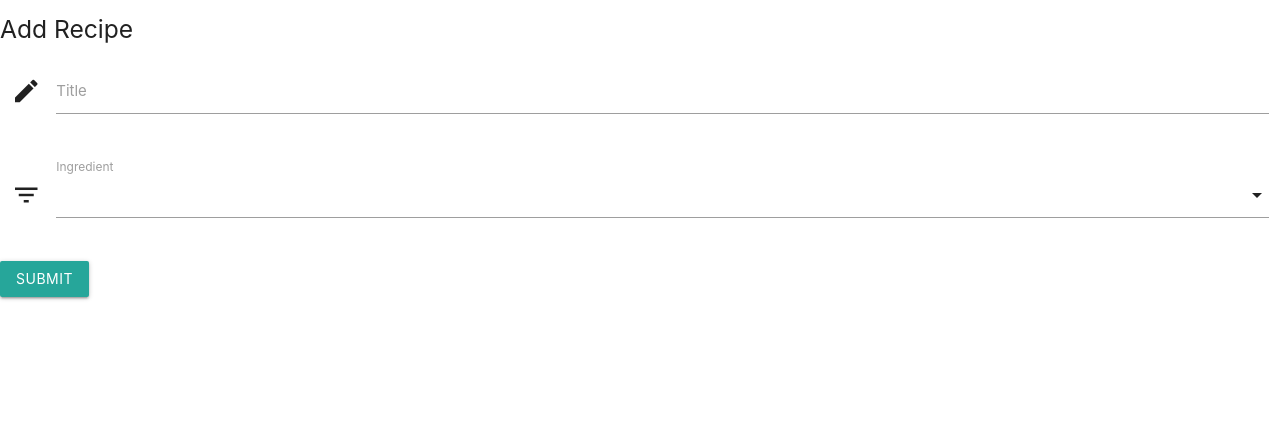
Repository: neillarkin/atari-app
Page: http://localhost/add_recipe
The author's editor kept a record of every edit. The page is drawn from the files as they stood at one moment, then again after the next edit.
The browser window is 1280 px wide. The pictures show the whole page.
The page is served by the project's application, run on Flask 3 (run.py). Queries for data that is not in the repository find no rows.

Above is the page before.

### templates/add_recipe.html
{% extends 'base.html' %} {% block content %}

<h5>Add Recipe</h5>
<div class="row">
  <form action="{{ url_for('create_recipe') }}" method="POST" class="col s12">

    <div class="row">
      <div class="input-field col s12">
        <i class="material-icons prefix">create</i>
        <input id="input_text" name="recipe_name" type="text" data-length="20" class="validate">
        <label for="input_text">Title</label>
      </div>
    </div>

    <div class="row">
      <div class="input-field col s12">
        <i class="material-icons prefix">filter_list</i>
        <select id="ingredient" name="ingredient_name" multiple>
          <!--<option value="" disabled selected>Choose the type</option>-->
          {% for item in ingredients %}
            <option >{{item.ingredient_name}}</option>
           {% endfor %}
        </select>
        <label>Ingredient</label>
      </div>
    </div>


    <div class="row">
      <button class="btn waves-effect waves-light" type="submit">Submit</button>
    </div>
  </form>

</div>
{% endblock %}

### templates/base.html
<!DOCTYPE html>
<html>

<head>
    <link href="https://fonts.googleapis.com/icon?family=Material+Icons" rel="stylesheet">
    <link rel="stylesheet" href="https://cdnjs.cloudflare.com/ajax/libs/materialize/1.0.0/css/materialize.min.css">

    <!--<link rel="stylesheet" href="https://cdnjs.cloudflare.com/ajax/libs/materialize/0.100.2/css/materialize.min.css">-->
</head>

<body>
    {% block content %} {% endblock %}
    <script src="https://code.jquery.com/jquery-3.4.1.min.js" integrity="sha256-CSXorXvZcTkaix6Yvo6HppcZGetbYMGWSFlBw8HfCJo=" crossorigin="anonymous"></script>
    <script src="https://cdnjs.cloudflare.com/ajax/libs/materialize/1.0.0/js/materialize.min.js"></script>
    <script>
        $(document).ready(function() {
            $('.collapsible').collapsible();
            $('input#input_text, textarea#textarea2').characterCounter();
            $('select').formSelect();
            //   $('select').material_select();
        });
    </script>
</body>

</html>

### run.py
import os
from flask import Flask, render_template, redirect, request, url_for
from flask_pymongo import PyMongo
from bson.objectid import ObjectId

app = Flask(__name__)

app.config["MONGO_DBNAME"] = 'recipe_db'
app.config['MONGO_URI'] = 'mongodb+srv://root:r00tUser@myfirstcluster-tbkzy.mongodb.net/recipe_db?retryWrites=true&w=majority'

mongo = PyMongo(app) #constructor method

#route decorator is a URL that redirects to a Python function
@app.route('/')
@app.route('/get_recipes')
def get_tasks():
    return render_template("recipes.html", recipes=mongo.db.recipes.find())

@app.route('/add_recipe')
def add_recipe():
    return render_template('add_recipe.html', categories=mongo.db.categories.find())

@app.route('/create_recipe', methods=['POST'])
def create_recipe():
    recipes = mongo.db.recipes
    recipes.insert_one(request.form.to_dict()) #insert request oject which is our form
    return redirect(url_for('get_recipes'))  # redirect to the get_recipes page to see the new entry


if __name__ == '__main__':
    app.run(host=os.environ.get('IP'),
            port=int(os.environ.get('PORT')),
            debug=True)

After the next edit:
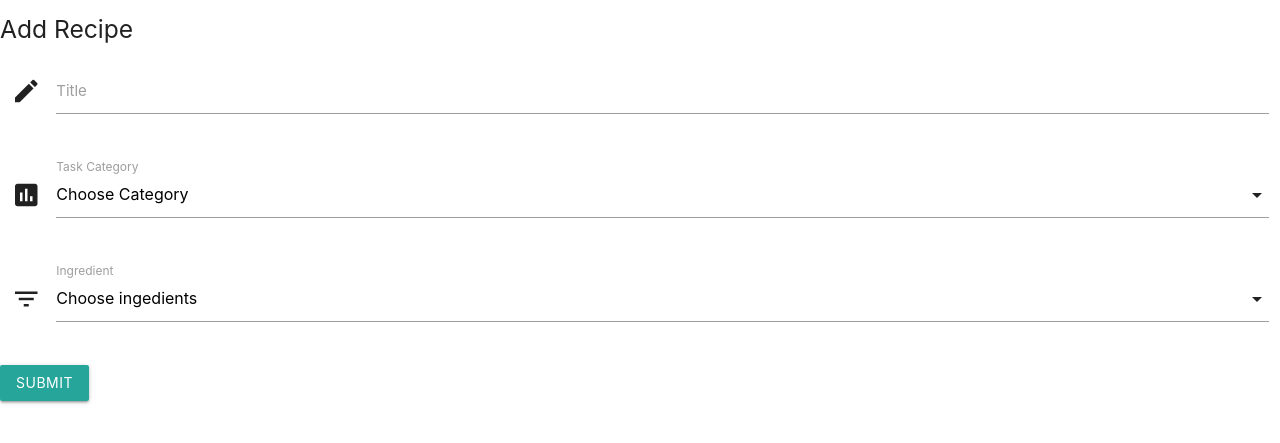
The edit:
--- a/templates/add_recipe.html
+++ b/templates/add_recipe.html
@@ -12,11 +12,24 @@
       </div>
     </div>
 
+<div class="row">
+  <div class="input-field col s12">
+    <i class="material-icons prefix">poll</i>
+    <select id="category" name="category_name">
+              <option value="" disabled selected>Choose Category</option>
+              {% for cat in categories %}
+                  <option value="{{cat.category_name}}">{{cat.category_name}}</option>
+              {% endfor %}
+            </select>
+    <label>Task Category</label>
+  </div>
+</div>
+
     <div class="row">
       <div class="input-field col s12">
         <i class="material-icons prefix">filter_list</i>
         <select id="ingredient" name="ingredient_name" multiple>
-          <!--<option value="" disabled selected>Choose the type</option>-->
+          <option value="" disabled selected>Choose ingedients</option>
           {% for item in ingredients %}
             <option >{{item.ingredient_name}}</option>
            {% endfor %}
